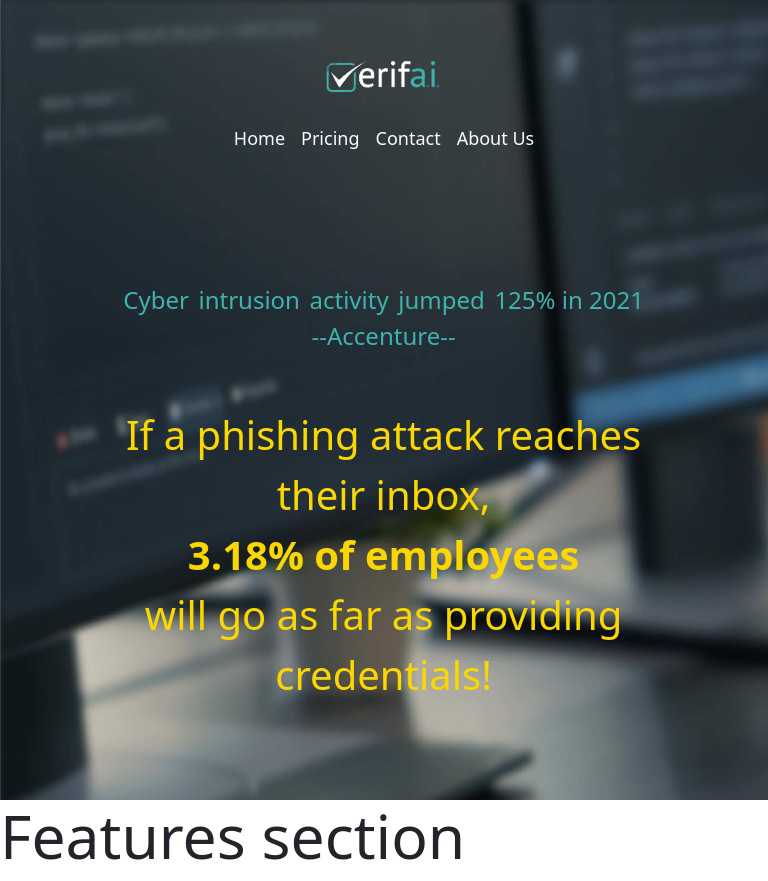
Repository: Ali-VB/verif-website
Page: /
An editor plug-in stored every save of this project. The page is shown before and after the next save, followed by the edit.
The browser window is 768 px wide. The pictures show the whole page.
The project was rebuilt for these pictures with package versions that can differ from the ones it lists, and the page was loaded fresh each time.

Above is the page before, as saved 2022-04-19 09:32:36.

After the next save:
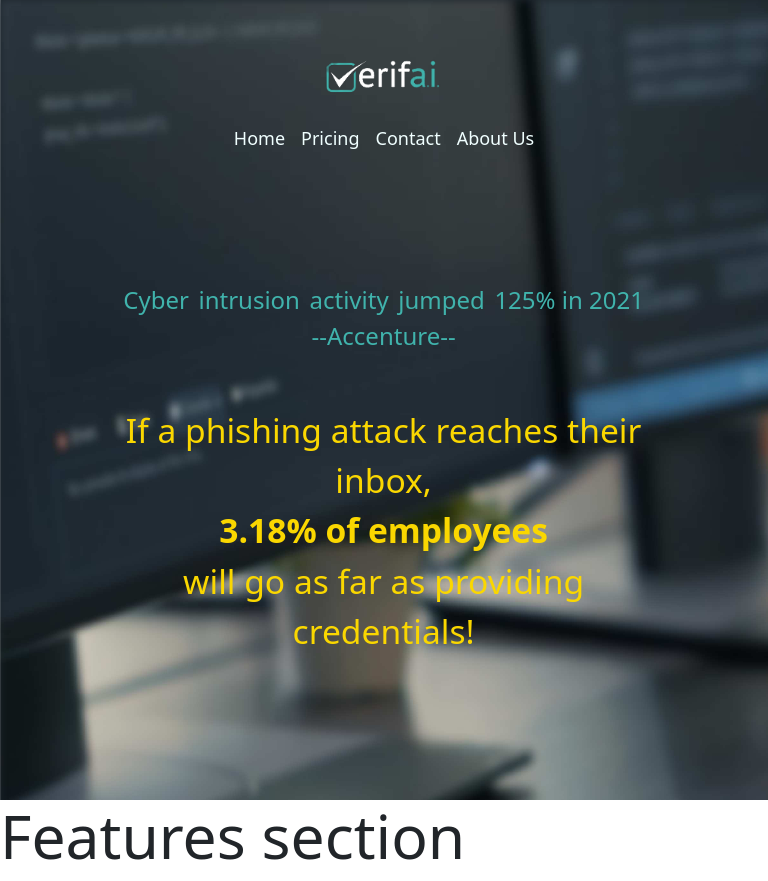
Saved 7 s later.
--- a/src/components/Header/Header.css
+++ b/src/components/Header/Header.css
@@ -109,7 +109,7 @@
     .text-second {
         padding: 0.1rem 0.1rem;
         width: 90%;
-        font-size:2.5rem;
+        font-size:2.1rem;
 
       }
   }
